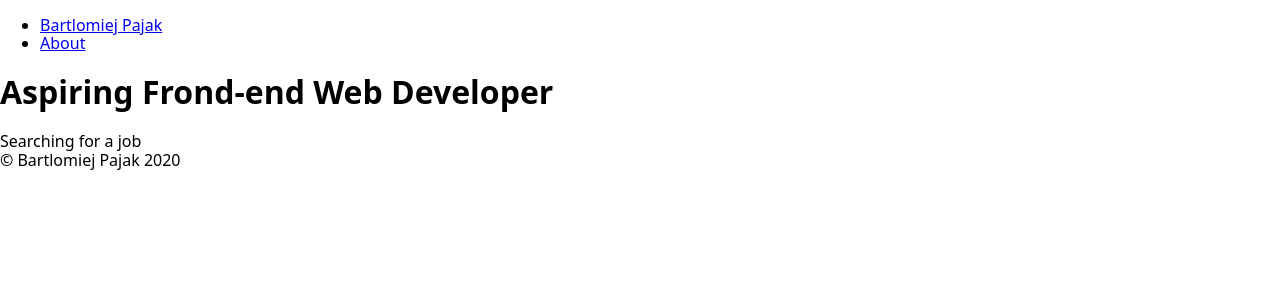
Repository: spidero7/personal-site
Page: index.html
These files come from the project's save history. The page is drawn as it stood at one moment and after the next save; the edit follows.
The browser window is 1280 px wide. The pictures show the whole page.

Above is the page before, as saved 2020-04-15 21:51:47.

### index.html
<!DOCTYPE html>
<html>

    <head>
        <meta charset="utf-8">
        <title>Bartlomiej Pajak</title>
        <meta name="viewport" content="width=device-width, initial-scale=1">
        <link rel="stylesheet" href="css/normalize.css">
        <link href="https://fonts.googleapis.com/css2?family=Roboto+Mono:wght@500&display=swap" rel="stylesheet">
        <link rel="stylesheet" href="css/style.css">
    </head>

    <body>

        <div>
            <header>
                <nav>
                    <ul>
                        <li><a href="#">Bartlomiej Pajak</a></li>
                        <li><a href="#">About</a></li>
                    </ul>
                </nav>
            </header>
        </div>

        <div>

            <h1>Aspiring Frond-end Web Developer</h1>
            <span>Searching for a job</span>

        </div>


        <footer>&copy; Bartlomiej Pajak 2020</footer>

    </body>
</html>

### css/style.css
/* =================================
  Base Element Styles
==================================== */

* {
    box-sizing: border-box;
}

body {
    font-family: 'Noto Sans', sans-serif;
}

Loaded but not shown: css/normalize.css (library)

After the next save:
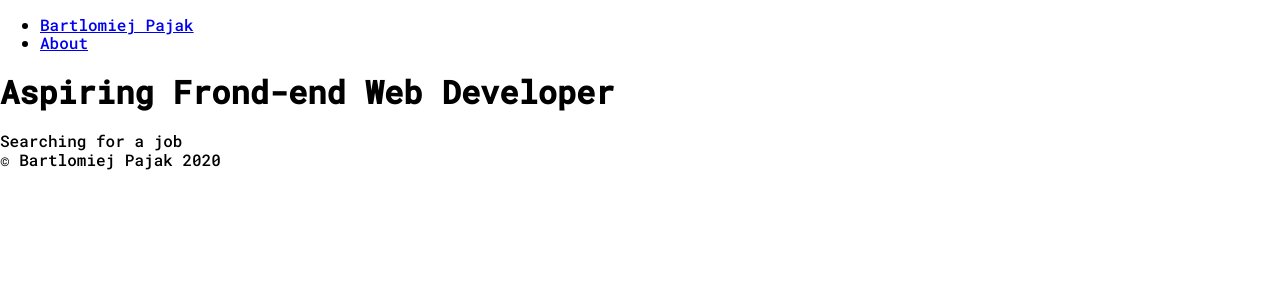
Saved 10 s later.
--- a/css/style.css
+++ b/css/style.css
@@ -7,5 +7,5 @@
 }
 
 body {
-    font-family: 'Noto Sans', sans-serif;
+    font-family: 'Roboto Mono', monospace;
 }
